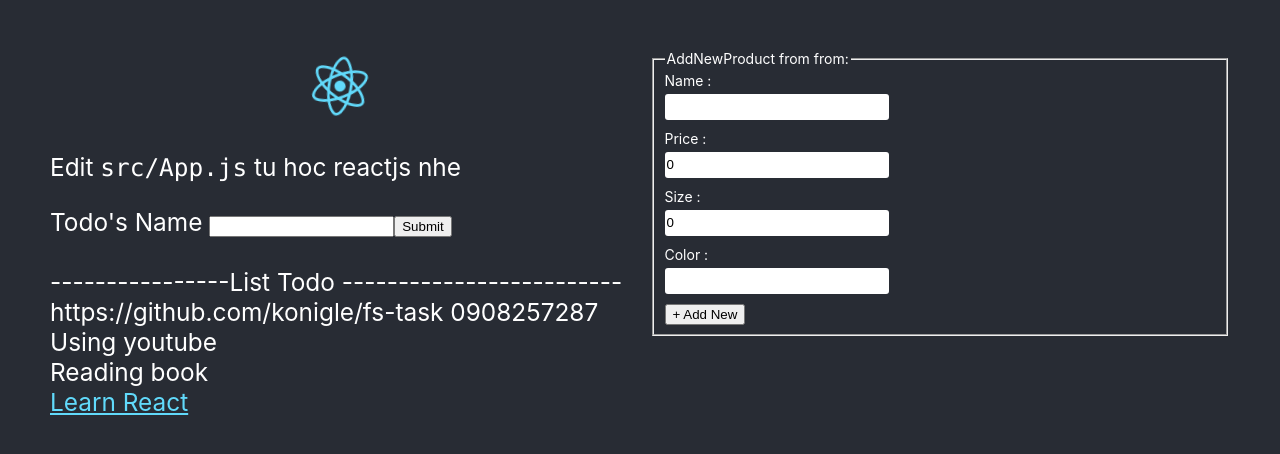
Repository: baothi/learn-reactjs
Page: /
An editor plug-in stored every save of this project. The page is shown before and after the next save, followed by the edit.
The browser window is 1280 px wide. The pictures show the whole page.
The project was rebuilt for these pictures with package versions that can differ from the ones it lists, and the page was loaded fresh each time.

Above is the page before, as saved 2022-10-04 21:36:45.

After the next save:
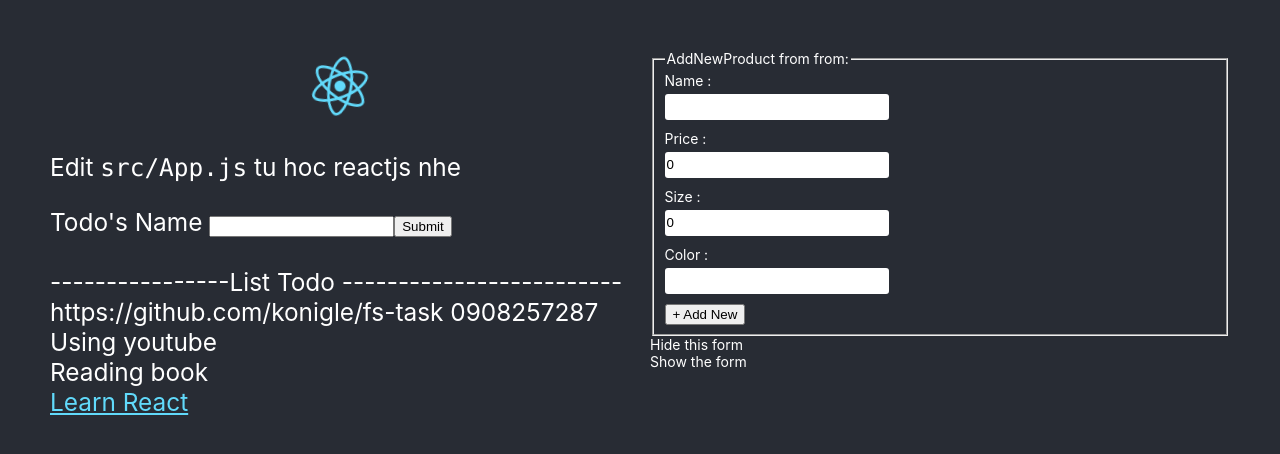
Saved 41 s later.
--- a/src/componets/AddNewProduct.js
+++ b/src/componets/AddNewProduct.js
@@ -7,8 +7,6 @@
 
     const [isShowDetail, setIsShowDetail] = useState(true)
 
-
-    const isShow = false;
     const handleClickBtn = () => {
         console.log(" >> run Hankdle Click ", name, price, size, color)
     }
@@ -37,10 +35,10 @@
                 </div>
             </fieldset>
             {
-                isShow === true && <div>Hide this form</div>
+                isShowDetail === true && <div>Hide this form</div>
             }
             {
-                isShow === true && <div>Show the form</div>
+                isShowDetail === true && <div>Show the form</div>
             }
         </div>
     )
